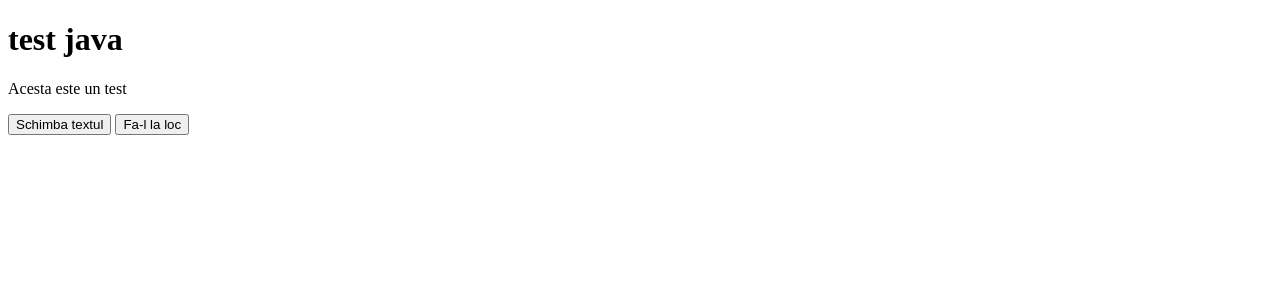
Repository: Parnicoza/testecomplete
Page: testcompletJS-1.html
An editor plug-in stored every save of this project. The page is shown before and after the next save, followed by the edit.
The browser window is 1280 px wide. The pictures show the whole page.

Above is the page before, as saved 2025-03-10 11:59:52.

After the next save:
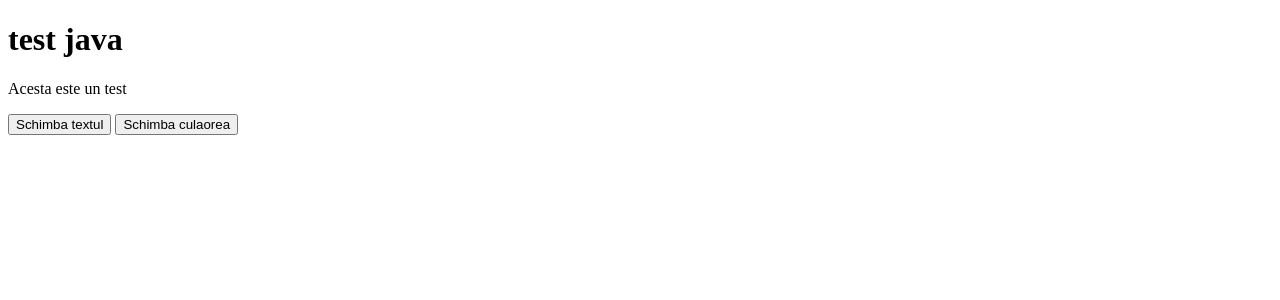
Saved 45 s later.
--- a/testcompletJS-1.html
+++ b/testcompletJS-1.html
@@ -8,7 +8,7 @@
     <h1>test java</h1>
     <p id="p">Acesta este un test</p>
     <button onclick="schimba()">Schimba textul</button>
-    <button onclick="schimbaculoarea()" title="daca apesi aici , se vca schimba ">Fa-l la loc</button>
+    <button onclick="schimbaculoarea()" title="daca apesi aici , se vca schimba ">Schimba culaorea</button>
 
     <script src="java.js"></script>
 </body>
